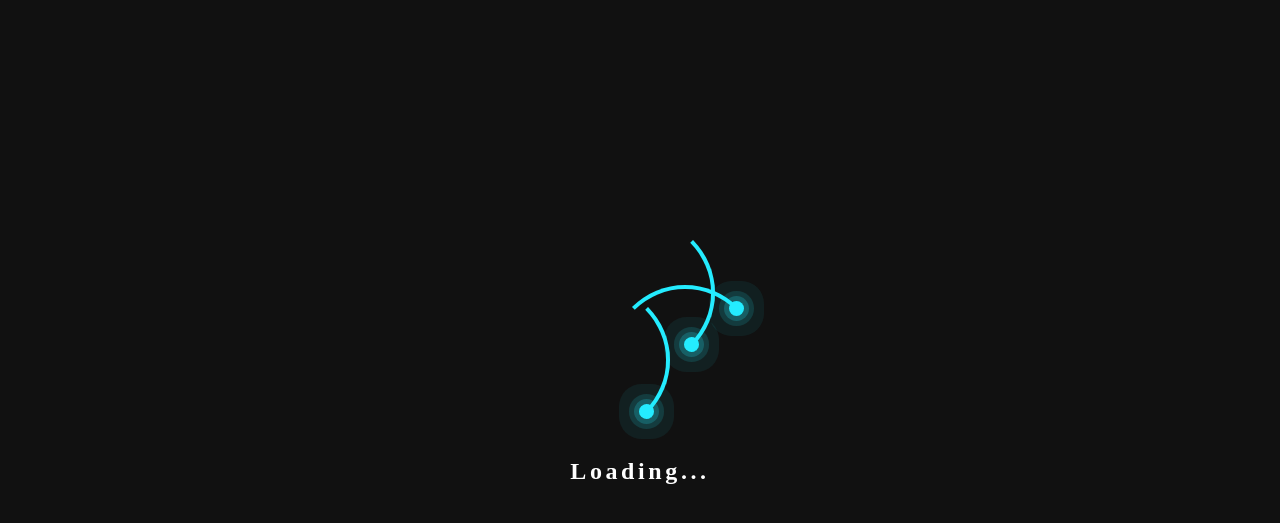
Repository: kiranjeetkaur01/csseffect.github.io
Page: index.html
These files come from the project's save history. The page is drawn as it stood at one moment and after the next save; the edit follows.
The browser window is 1280 px wide. The pictures show the whole page.

Above is the page before, as saved 2023-09-08 12:04:33.

### index.html
<!DOCTYPE html>
<html lang="en">
<head>
    <meta charset="UTF-8">
    <meta name="viewport" content="width=device-width, initial-scale=1.0">
    <title>CSS Animation Effets</title>
    <link rel="stylesheet" href="style.css">
</head>
<body>
    <div class="container">
        <div class="ring">

        </div>
        <div class="ring">

        </div>
        <div class="ring">

        </div>
        <p>Loading...</p>
    </div>
</body>
</html>

### style.css
*{
    margin: 0;
    padding: 0;
    box-sizing: border-box;
}

body,html{
    display: flex;
    align-items: center;
    justify-content: center;
    min-height: 100vh;
    background: #111;
}
.container{
    position: relative;
    width: 100%;
    display: flex;
    align-items: center;
    justify-content: center;
}
.container .ring{
    position: relative;
    width: 150px;
    height: 150px;
    margin: -30px;
    border: 4px solid transparent;
    border-radius: 50%;
    border-top: 4px solid #24ecff;
    animation: animate 4s linear infinite;
}
@keyframes animate {
    0%{
        transform: rotate(0deg);
    }
    100%{
        transform: rotate(360deg);
    }
}
.container .ring::before{
    position: absolute;
    content: "";
    top: 12px;
    right: 12px;
    border-radius: 50%;
    width: 15px;
    height: 15px;
    background: #24ecff;
    box-shadow: 0 0 0 5px #24ecff33,
    0 0 0 10px #24ecff22,
    0 0 0 20px #24ecff11;
}
.container .ring:nth-child(3){
    position: absolute;
    top: -66.6px;

}
.container .ring:nth-child(2){
animation: animate2 4s linear infinite;
}

@keyframes animate2 {
    0%{
        transform: rotate(360deg);
    }
    100%{
        transform: rotate(360deg);
    }
}
.container .ring:nth-child(1){

}
.container p{
    position: absolute;
    color: #fff;
    font-size: 1.5em;
    font-family: gilroy;
    bottom: -80px;
    font-weight: 600;
    letter-spacing: 0.15em;


}

After the next save:
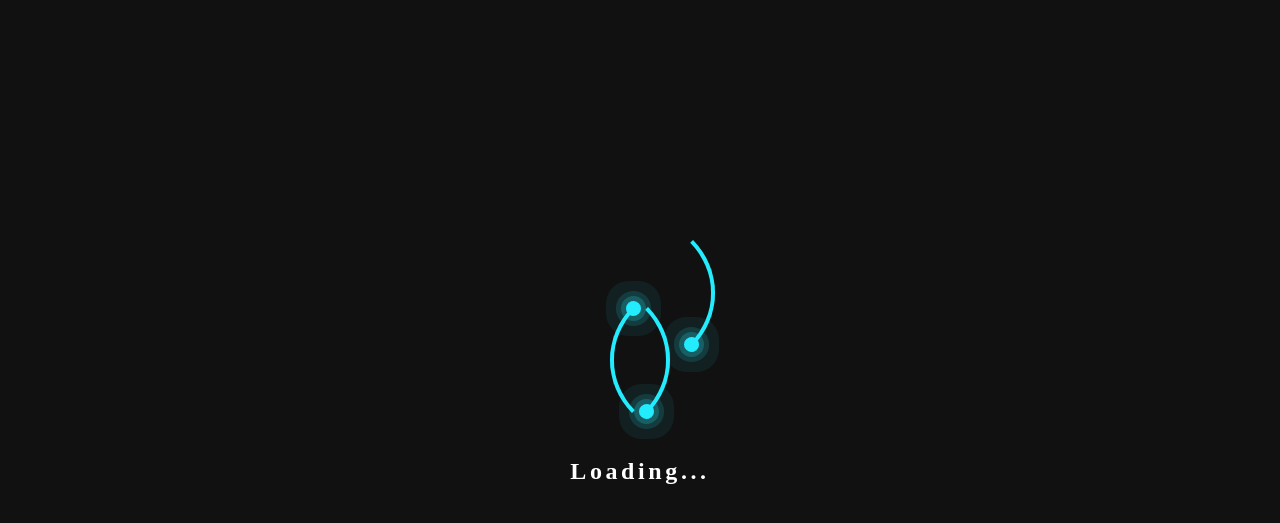
Saved 5 s later.
--- a/style.css
+++ b/style.css
@@ -63,7 +63,7 @@
         transform: rotate(360deg);
     }
     100%{
-        transform: rotate(360deg);
+        transform: rotate(0deg);
     }
 }
 .container .ring:nth-child(1){
